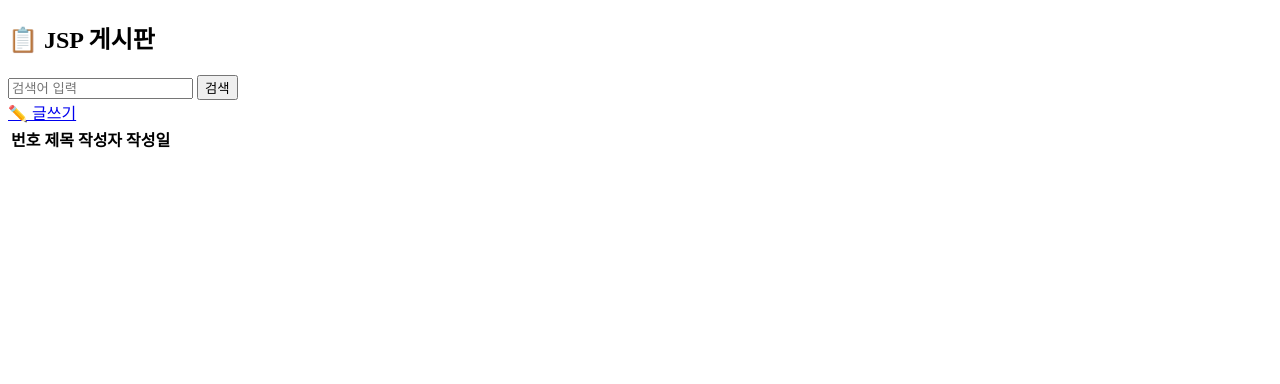
Repository: minho00123/sw-professional-training
Page: http://localhost/assignment/list
The author's editor kept a copy of each file at every save. The page is drawn from the files as they stood at one save, then again after the next save.
The browser window is 1280 px wide. The pictures show the whole page.
The page is served by Tomcat 9. Other server files are loaded and not shown. Queries for data that is not in the repository find no rows.

Above is the page before, as saved 2025-05-03 08:02:49.

### webWorkspace/assignment/WebContent/list.jsp
<%@ page contentType="text/html; charset=UTF-8" language="java"%>
<%@ page import="java.util.List"%>
<%@ page import="com.mvc.model.*"%>
<!DOCTYPE html>
<html>
<head>
<title>📋 JSP 게시판</title>
<style>
/* 기존 스타일 유지 */
</style>
</head>
<body>
	<div class="container">
		<h2>📋 JSP 게시판</h2>

		<div class="search-box">
			<form method="get" action="/">
				<input type="text" name="keyword"
					value="<%=request.getAttribute("keyword") != null ? request.getAttribute("keyword") : ""%>"
					placeholder="검색어 입력"> <input type="submit" value="검색">
			</form>
			<div class="write-btn">
				<a href="write.jsp">✏️ 글쓰기</a>
			</div>
		</div>

		<table>
			<tr>
				<th>번호</th>
				<th>제목</th>
				<th>작성자</th>
				<th>작성일</th>
			</tr>
			<%
				List<BoardDto> boardList = (List<BoardDto>) request.getAttribute("dataList");
				int currentPage = (Integer) request.getAttribute("currentPage");
				int totalPages = (Integer) request.getAttribute("totalPages");
			%>
			<%
				for (BoardDto board : boardList) {
			%>
			<tr>
				<td><%=board.getId()%></td>
				<td style="text-align: left;"><a
					href="detail.jsp?id=<%=board.getId()%>"><%=board.getTitle()%></a></td>
				<td><%=board.getUserId()%></td>
				<td><%=board.getCreatedAt()%></td>
			</tr>
			<%
				}
			%>
		</table>

		<div class="pagination">
			<%
				for (int i = 1; i <= totalPages; i++) {
					if (i == currentPage) {
			%>
			<a class="active"
				href="?page=<%=i%>&keyword=<%=request.getAttribute("keyword") != null ? request.getAttribute("keyword") : ""%>"><%=i%></a>
			<%
				} else {
			%>
			<a
				href="?page=<%=i%>&keyword=<%=request.getAttribute("keyword") != null ? request.getAttribute("keyword") : ""%>"><%=i%></a>
			<%
				}
				}
			%>
		</div>
	</div>
</body>
</html>

### webWorkspace/assignment/src/com/mvc/controller/ListController.java
package com.mvc.controller;

import java.io.IOException;
import java.util.List;

import javax.servlet.RequestDispatcher;
import javax.servlet.ServletException;
import javax.servlet.http.HttpServlet;
import javax.servlet.http.HttpServletRequest;
import javax.servlet.http.HttpServletResponse;

import com.mvc.model.BoardDao;
import com.mvc.model.BoardDto;

public class ListController extends HttpServlet {
	@Override
	protected void doGet(HttpServletRequest req, HttpServletResponse resp) throws ServletException, IOException {
		int currentPage = 1;
		String keyword = req.getParameter("keyword") != null ? req.getParameter("keyword") : "";

		if (req.getParameter("page") != null) {
			currentPage = Integer.parseInt(req.getParameter("page"));
		}

		BoardDao dao = new BoardDao();
		List<BoardDto> list = dao.getList(currentPage, keyword);
		int totalCount = dao.getTotalCount(keyword);
		int totalPages = (int) Math.ceil(totalCount / 10.0);

		req.setAttribute("dataList", list);
		req.setAttribute("currentPage", currentPage);
		req.setAttribute("totalPages", totalPages);
		req.setAttribute("keyword", keyword);

		RequestDispatcher rd = req.getRequestDispatcher("list.jsp");
		rd.forward(req, resp);
	}
}

### webWorkspace/assignment/src/com/mvc/model/BoardDao.java
package com.mvc.model;

import java.sql.Connection;
import java.sql.ResultSet;
import java.sql.SQLException;
import java.sql.Statement;
import java.util.ArrayList;
import java.util.List;

import com.mvc.util.Mysql;

public class BoardDao {
	Connection conn;
	Statement stmt;
	ResultSet rs;

	public int getTotalCount(String keyword) {
		int count = 0;
		String sql = "SELECT COUNT(*) FROM board WHERE title LIKE '%" + keyword + "%' OR content LIKE '%" + keyword + "%'";

		try {
			conn = Mysql.getConnection();
			stmt = conn.createStatement();
			rs = stmt.executeQuery(sql);
			if (rs.next()) {
				count = rs.getInt(1);
			}
		} catch (SQLException e) {
			e.printStackTrace();
		} finally {
			try {
				if (rs != null) {
					rs.close();
				}

				if (stmt != null) {
					stmt.close();
				}

				if (conn != null) {
					conn.close();
				}
			} catch (SQLException e) {
				e.printStackTrace();
			}
		}

		return count;
	}

	public List<BoardDto> getList(int page, String keyword) {
		List<BoardDto> list = new ArrayList<BoardDto>();
		int limit = 10;
		String sql = "SELECT * FROM (SELECT * FROM board WHERE (title LIKE '%" + keyword + "%' OR content LIKE '%" + keyword + "%') "
                + "AND id > (SELECT MAX(id) - " + limit + "*" + page + " FROM board) "
                + "AND id <= (SELECT MAX(id) - " + limit + "*(" + page + "- 1) FROM board) LIMIT " + limit
                + ") AS A ORDER BY id DESC";

		try {
			conn = Mysql.getConnection();
			stmt = conn.createStatement();
			rs = stmt.executeQuery(sql);
			while (rs.next()) {
				list.add(new BoardDto(rs.getInt("id"), rs.getString("userId"), rs.getString("title"),
						rs.getString("content"), rs.getDate("created_at"), rs.getDate("updated_at")));
			}
		} catch (SQLException e) {
			e.printStackTrace();
		} finally {
			try {
				if (rs != null) {
					rs.close();
				}

				if (stmt != null) {
					stmt.close();
				}

				if (conn != null) {
					conn.close();
				}
			} catch (SQLException e) {
				e.printStackTrace();
			}
		}

		return list;
	}
}

### webWorkspace/assignment/src/com/mvc/util/Mysql.java
package com.mvc.util;

import java.sql.Connection;
import java.sql.DriverManager;
import java.sql.SQLException;

import com.mysql.cj.jdbc.Driver;

public class Mysql {
	private static Connection conn;
	private static String driver = Driver.class.getCanonicalName();
	private static String url = "jdbc:mysql://localhost:3306/xe";
	private static String user = "scott";
	private static String password = "tiger";

	private Mysql() {
	}

	public static Connection getConnection() {
		try {
			Class.forName(driver);

			if (conn == null || conn.isClosed()) {
				conn = DriverManager.getConnection(url, user, password);
			}
		} catch (ClassNotFoundException e) {
			e.printStackTrace();
		} catch (SQLException e) {
			e.printStackTrace();
		}

		return conn;
	}

}

After the next save:
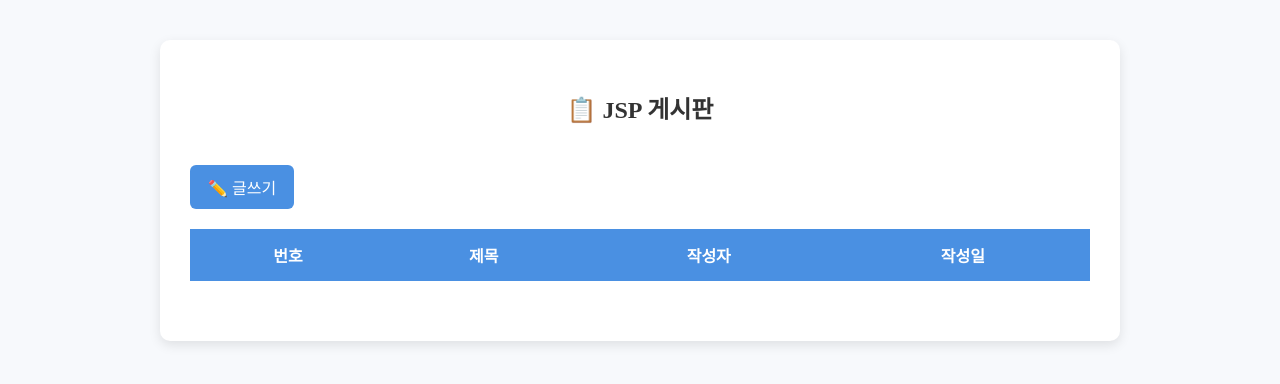
Saved 11 s later.
--- a/webWorkspace/assignment/WebContent/list.jsp
+++ b/webWorkspace/assignment/WebContent/list.jsp
@@ -6,7 +6,108 @@
 <head>
 <title>📋 JSP 게시판</title>
 <style>
-/* 기존 스타일 유지 */
+body {
+	background-color: #f7f9fc;
+}
+
+.container {
+	width: 80%;
+	max-width: 900px;
+	margin: 40px auto;
+	background-color: #fff;
+	box-shadow: 0 4px 12px rgba(0, 0, 0, 0.1);
+	border-radius: 10px;
+	padding: 30px;
+}
+
+h2 {
+	text-align: center;
+	color: #333;
+}
+
+table {
+	width: 100%;
+	border-collapse: collapse;
+	margin-top: 20px;
+}
+
+th, td {
+	padding: 14px 10px;
+	text-align: center;
+}
+
+th {
+	background-color: #4a90e2;
+	color: white;
+}
+
+tr:nth-child(even) {
+	background-color: #f1f5fa;
+}
+
+tr:hover {
+	background-color: #e1ecf7;
+	transition: 0.3s;
+}
+
+.write-btn, .search-box {
+	margin-top: 20px;
+	display: flex;
+	justify-content: space-between;
+}
+
+.write-btn a {
+	background-color: #4a90e2;
+	color: white;
+	padding: 10px 18px;
+	border-radius: 6px;
+	text-decoration: none;
+}
+
+.pagination {
+	text-align: center;
+	margin-top: 30px;
+}
+
+.pagination a {
+	margin: 0 5px;
+	padding: 8px 12px;
+	text-decoration: none;
+	background-color: #eee;
+	color: #333;
+	border-radius: 4px;
+}
+
+.pagination a.active {
+	background-color: #4a90e2;
+	color: white;
+}
+
+.pagination .arrow {
+	font-size: 16px;
+	font-weight: bold;
+}
+
+.pagination a.arrow:hover {
+	background-color: #4a90e2;
+	color: white;
+}
+
+.search-box input[type="text"] {
+	padding: 8px;
+	width: 200px;
+	border-radius: 4px;
+	border: 1px solid #ccc;
+}
+
+.search-box input[type="submit"] {
+	padding: 8px 12px;
+	background-color: #4a90e2;
+	color: white;
+	border: none;
+	border-radius: 4px;
+	cursor: pointer;
+}
 </style>
 </head>
 <body>
@@ -14,11 +115,6 @@
 		<h2>📋 JSP 게시판</h2>
 
 		<div class="search-box">
-			<form method="get" action="/">
-				<input type="text" name="keyword"
-					value="<%=request.getAttribute("keyword") != null ? request.getAttribute("keyword") : ""%>"
-					placeholder="검색어 입력"> <input type="submit" value="검색">
-			</form>
 			<div class="write-btn">
 				<a href="write.jsp">✏️ 글쓰기</a>
 			</div>
@@ -53,18 +149,49 @@
 
 		<div class="pagination">
 			<%
-				for (int i = 1; i <= totalPages; i++) {
+				int prevPage = currentPage - 1 > 0 ? currentPage - 1 : 1;
+				int nextPage = currentPage + 1 <= totalPages ? currentPage + 1 : totalPages;
+
+				int pageGroupSize = 10;
+				int startPage = ((currentPage - 1) / pageGroupSize) * pageGroupSize + 1;
+				int endPage = Math.min(startPage + pageGroupSize - 1, totalPages);
+
+				int prevGroup = startPage - 1 > 0 ? startPage - 1 : 1;
+				int nextGroup = endPage + 1 <= totalPages ? endPage + 1 : totalPages;
+			%>
+
+			<%
+				if (startPage > 1) {
+			%>
+			<a class="arrow"
+				href="?page=<%=prevGroup%>&keyword=<%=request.getParameter("keyword") != null ? request.getParameter("keyword") : ""%>">&lt;</a>
+			<%
+				}
+			%>
+
+
+			<%
+				for (int i = startPage; i <= endPage; i++) {
 					if (i == currentPage) {
 			%>
 			<a class="active"
-				href="?page=<%=i%>&keyword=<%=request.getAttribute("keyword") != null ? request.getAttribute("keyword") : ""%>"><%=i%></a>
+				href="?page=<%=i%>&keyword=<%=request.getParameter("keyword") != null ? request.getParameter("keyword") : ""%>"><%=i%></a>
 			<%
 				} else {
 			%>
 			<a
-				href="?page=<%=i%>&keyword=<%=request.getAttribute("keyword") != null ? request.getAttribute("keyword") : ""%>"><%=i%></a>
-			<%
-				}
+				href="?page=<%=i%>&keyword=<%=request.getParameter("keyword") != null ? request.getParameter("keyword") : ""%>"><%=i%></a>
+			<%
+				}
+				}
+			%>
+
+			<%
+				if (endPage < totalPages) {
+			%>
+			<a class="arrow"
+				href="?page=<%=nextGroup%>&keyword=<%=request.getParameter("keyword") != null ? request.getParameter("keyword") : ""%>">&gt;</a>
+			<%
 				}
 			%>
 		</div>
